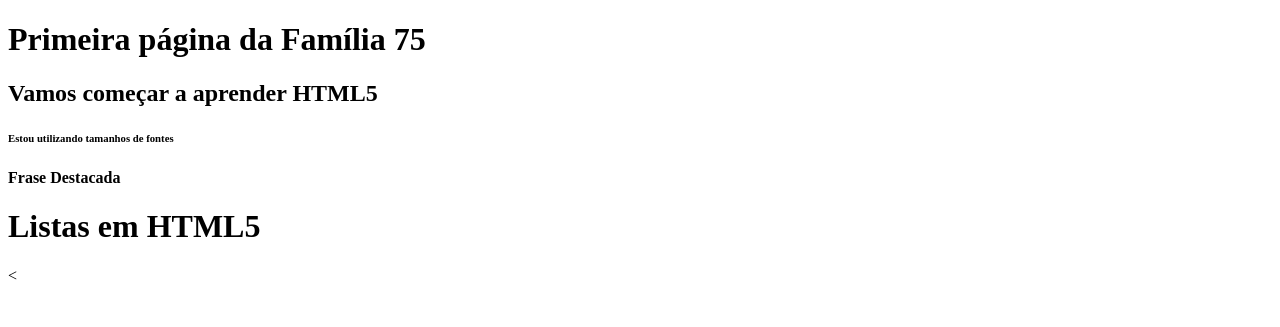
Repository: Thichi99/BootcampGen75
Page: Familia75/index.html
The author's editor kept a copy of each file at every save. The page is drawn from the files as they stood at one save, then again after a run of saves.
The browser window is 1280 px wide. The pictures show the whole page.

Above is the page before, as saved 2024-07-26 10:48:49.

### Familia75/index.html
<!DOCTYPE html> <!--Estou indicando que é um documento do tipo HTML-->
<html lang="pt-br">
<head>
    <meta charset="UTF-8">
    <meta name="viewport" content="width=device-width, initial-scale=1.0">
    <meta name="author" content="Luís Guerreiro">
    <meta name="description" content="Minha primeira pagina Web -- Olá Mundo!!!">
    <meta name="keywords" content="Pobreza,erradicação,familia">
    <title>Família 75</title>
</head>
<body>
   <h1>Primeira página da Família 75</h1>
   <h2>Vamos começar a aprender HTML5</h2>
   <h6>Estou utilizando tamanhos de fontes</h6>
   <strong>Frase Destacada</strong>
   <h1>Listas em HTML5</h1>
   <
</body>
</html>

After the next 2 saves:
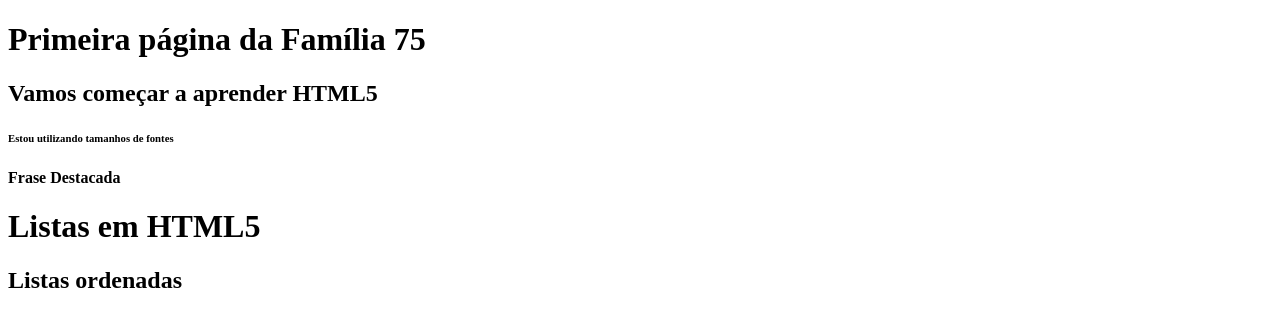
The 2 saves are shown as one change because they came seconds apart.
The last was saved 10 s later.
--- a/Familia75/index.html
+++ b/Familia75/index.html
@@ -14,6 +14,7 @@
    <h6>Estou utilizando tamanhos de fontes</h6>
    <strong>Frase Destacada</strong>
    <h1>Listas em HTML5</h1>
-   <
+   <h2>Listas ordenadas</h2>
+
 </body>
 </html>
